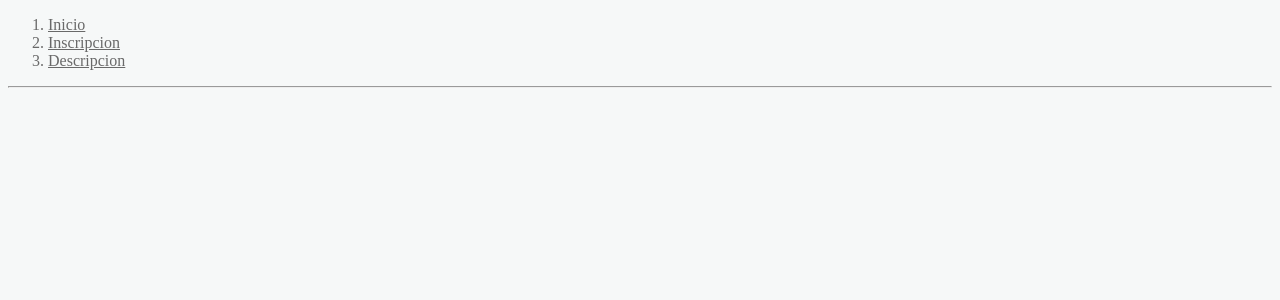
Repository: Arito05/Mi-primer-Repositorio
Page: nuevo/zdescripcion.html
The author's editor kept a copy of each file at every save. The page is drawn from the files as they stood at one save, then again after a run of saves.
The browser window is 1280 px wide. The pictures show the whole page.

Above is the page before, as saved 2024-07-20 11:27:39.

After the next 2 saves:
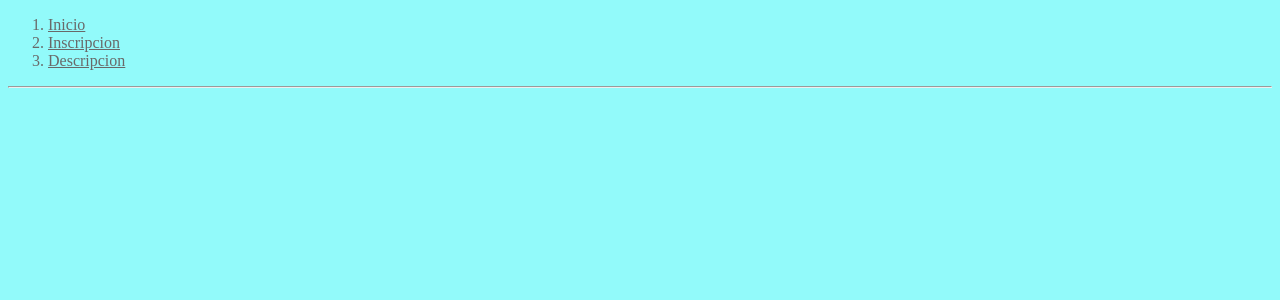
The 2 saves are shown as one change because they came seconds apart.
The last was saved 15 s later.
--- a/nuevo/zdescripcion.html
+++ b/nuevo/zdescripcion.html
@@ -6,7 +6,7 @@
     <title>Document</title>
      <style>
       body {
-        background-color: rgb(246, 248, 248);
+        background-color: rgba(14, 244, 244, 0.451);
       }
     </style>
   </head>
